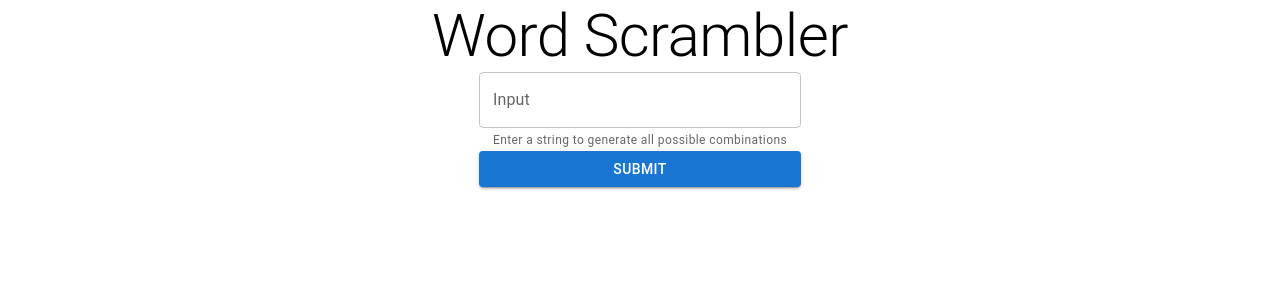
Repository: zfranke/WordScramble-Web
Page: / (app in wordscrambler-web/)
These files come from the project's save history. The page is drawn as it stood at one moment and after the next save; the edit follows.
The browser window is 1280 px wide. The pictures show the whole page.
The project was rebuilt for these pictures with package versions that can differ from the ones it lists, and the page was loaded fresh each time.

Above is the page before, as saved 2022-12-27 12:02:35.

### wordscrambler-web/src/App.js
import React, { useState } from 'react';
import nlp from 'compromise';
import { Button, FormControl, FormHelperText, Input, List, ListItem, TextField, Grid, Typography } from '@mui/material';

function App() {
  const [input, setInput] = useState('');
  const [combinations, setCombinations] = useState([]);

  function handleChange(event) {
    setInput(event.target.value);
  }

  function handleSubmit(event) {
    event.preventDefault();
    const combinations = getCombinations(input);
    const sortedCombinations = combinations.sort((a, b) => {
      const aScore = nlp(a).sentences().toNegative().sentences().out('text');
      const bScore = nlp(b).sentences().toNegative().sentences().out('text');
      return aScore.length - bScore.length;
    });
    setCombinations(sortedCombinations);
  }

  function getCombinations(str) {
    const results = [];
    if (str.length === 1) {
      results.push(str);
      return results;
    }
    for (let i = 0; i < str.length; i++) {
      const firstChar = str[i];
      const charsLeft = str.substring(0, i) + str.substring(i + 1);
      const innerPermutations = getCombinations(charsLeft);
      for (let j = 0; j < innerPermutations.length; j++) {
        results.push(firstChar + innerPermutations[j]);
      }
    }
    return results;
  }

  return (
    //Create a centered input form with a output grid
    <>


    <Grid container justifyContent="center" alignItems="center" direction="column">
      <Typography variant="h2">Word Scrambler</Typography>
      <form onSubmit={handleSubmit}>
        <FormControl>
          <TextField
            id="input"
            label="Input"
            value={input}
            onChange={handleChange}
            helperText="Enter a string to generate all possible combinations"
          />
          <Button type="submit" variant="contained">Submit</Button>
        </FormControl>
      </form>
      <Grid container justifyContent="center" alignItems="center" direction="column">
        <List>
          {combinations.map((combination, index) => (
            <ListItem key={index}>{combination}</ListItem>
          ))}
        </List>
      </Grid>
    </Grid>
    </>


  );
}

export default App;

Loaded but not shown: wordscrambler-web/public/index.html (common file); wordscrambler-web/src/index.js (common file); wordscrambler-web/src/index.css (common file)

After the next save:
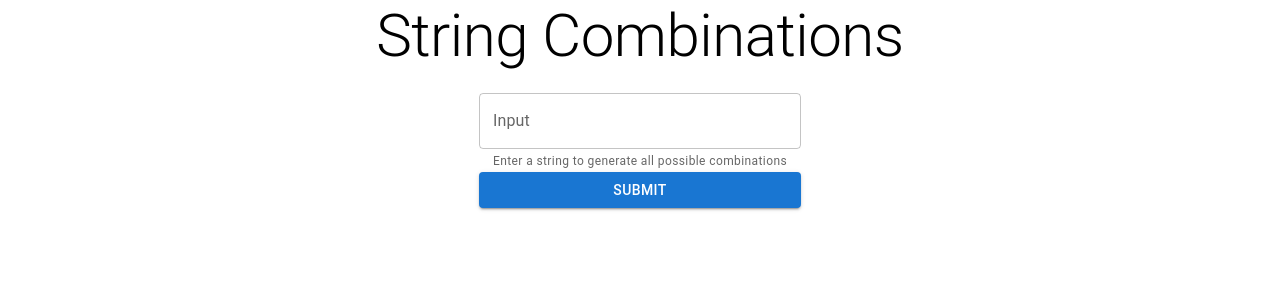
Saved 74 s later.
--- a/wordscrambler-web/src/App.js
+++ b/wordscrambler-web/src/App.js
@@ -44,7 +44,10 @@ function App() {
 
 
     <Grid container justifyContent="center" alignItems="center" direction="column">
-      <Typography variant="h2">Word Scrambler</Typography>
+
+      <Typography variant="h2" component="h2" gutterBottom>
+        String Combinations
+      </Typography>
       <form onSubmit={handleSubmit}>
         <FormControl>
           <TextField
